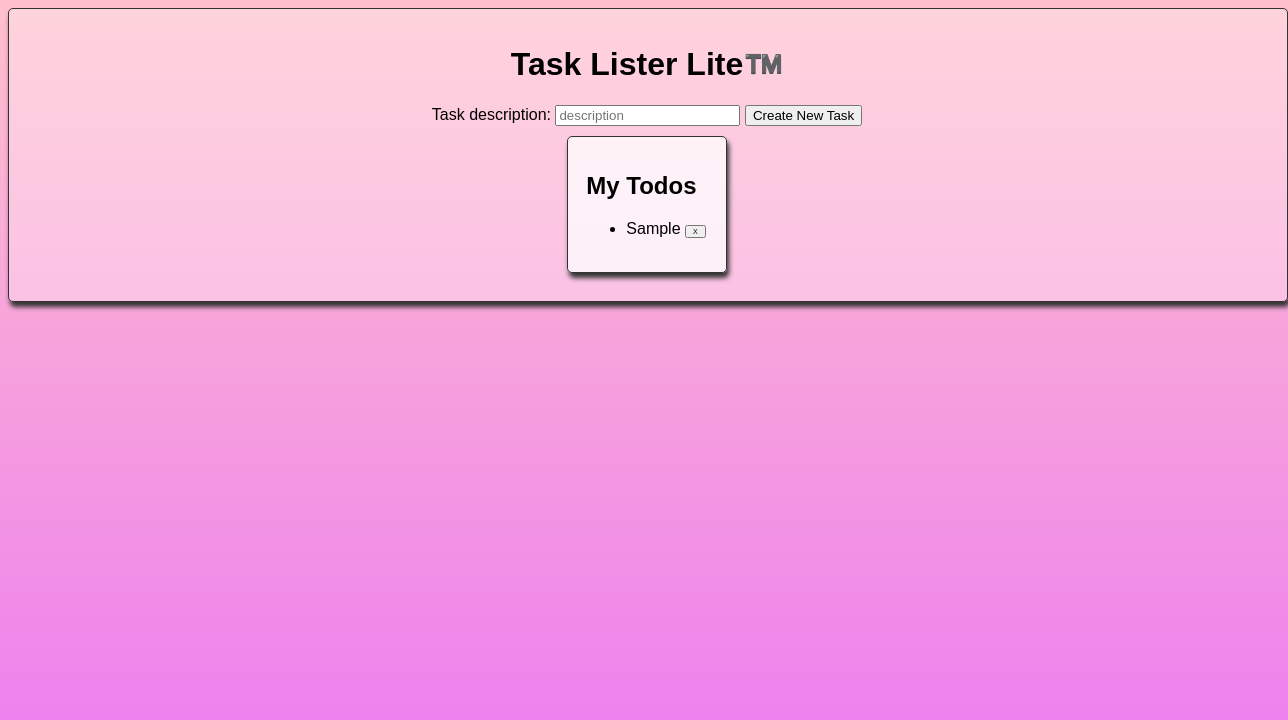
Repository: learn-co-students/jsdom-task-lister-lite-onl01-seng-pt-012120
Page: index.html
The author's editor kept a copy of each file at every save. The page is drawn from the files as they stood at one save, then again after the next save.
The browser window is 1280 px wide. The page is 1288 px wide, so the pictures cover 1288 px, including what lies to the right of the window. The pictures show the whole page.
Empty fields were first filled with sample values (such as "Sample", 5 or name@example.com).
After loading, the first visible `#create-task-form` was submitted once.

Above is the page before, as saved 2020-07-28 13:12:48.

After the next save:
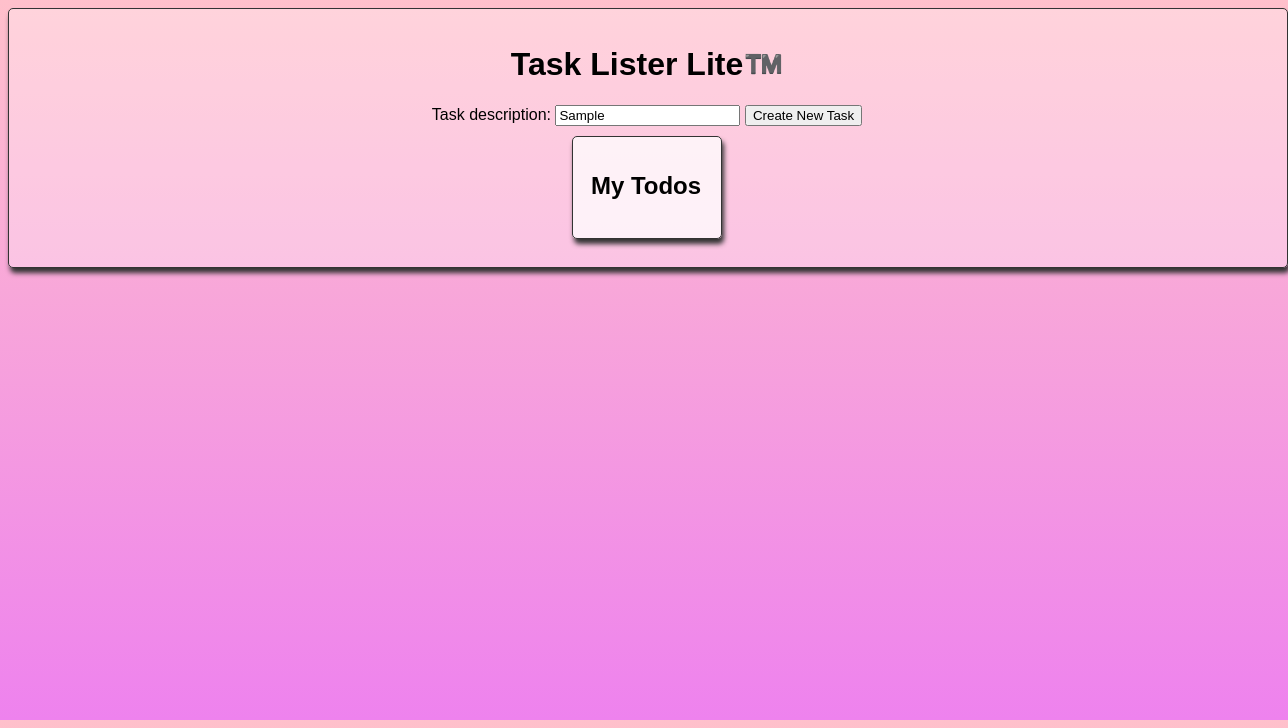
Console error: TypeError: li.innerHTML is not a function
Saved 4 min 15 s later.
--- a/src/index.js
+++ b/src/index.js
@@ -18,8 +18,11 @@
   /// add task element ti the tasks table
   let addToDoTask = (task) => {
     if (task) {
-      taskList.push('<li>' + task + ' <button data-description='+task+'> X </button>')
-      tasksUl.innerHTML = taskList.join("");
+      let li = document.createElement('li')
+      li.innerHTML('<li>' + task + ' <button data-description=' + task + '> X </button>')
+      // taskList.push('<li>' + task + ' <button data-description='+task+'> X </button>')
+      // tasksUl.innerHTML = taskList.join("");
+      tasksUl.appendChild(li)
     };
   };
 

After the 4 saves that followed:
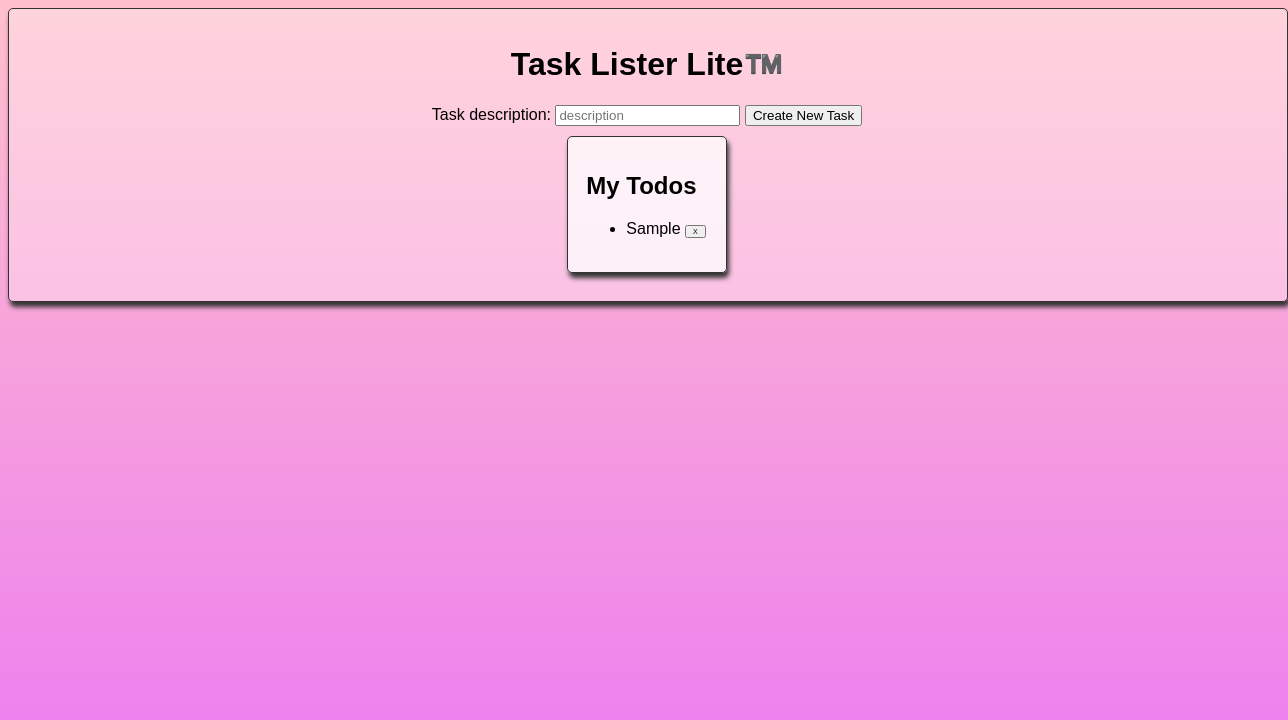
The error is gone.
The 4 saves are shown as one change because 3 left the picture as it was.
The last was saved 3 min 3 s later.
--- a/src/index.js
+++ b/src/index.js
@@ -19,7 +19,7 @@
   let addToDoTask = (task) => {
     if (task) {
       let li = document.createElement('li')
-      li.innerHTML('<li>' + task + ' <button data-description=' + task + '> X </button>')
+      li.innerHTML = task + ' <button data-description=' + task + '> X </button>'
       // taskList.push('<li>' + task + ' <button data-description='+task+'> X </button>')
       // tasksUl.innerHTML = taskList.join("");
       tasksUl.appendChild(li)
